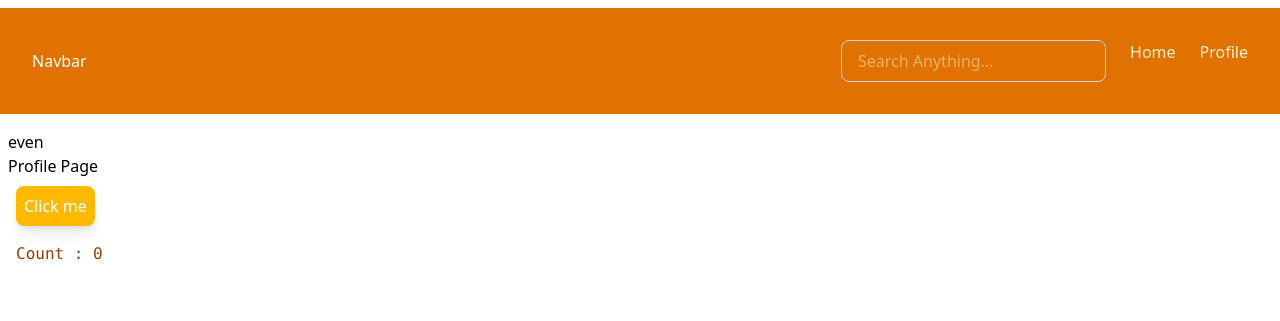
Repository: samit2059/CollegeReact
Page: / (app in react/collegereact/)
The author's editor kept a copy of each file at every save. The page is drawn from the files as they stood at one save, then again after the next save.
The browser window is 1280 px wide. The pictures show the whole page.
The project was rebuilt for these pictures with package versions that can differ from the ones it lists, and the page was loaded fresh each time. Also part of the build but not shown: react/collegereact/vite.config.js, react/collegereact/src/App.jsx, react/collegereact/src/navbar.jsx, react/collegereact/src/Props Example/First.jsx, react/collegereact/src/Props Example/Second.jsx.

Above is the page before, as saved 2026-01-21 11:02:48.

After the next save:
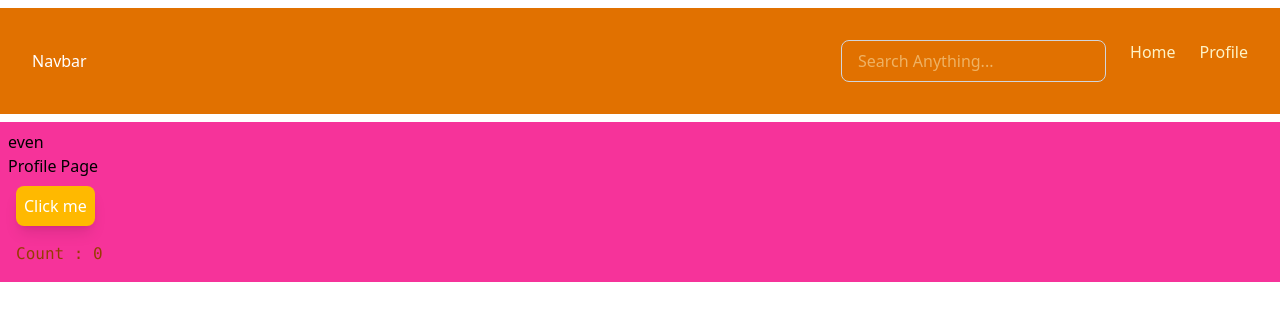
Saved 6 s later.
--- a/react/collegereact/src/StateExamples/profile.jsx
+++ b/react/collegereact/src/StateExamples/profile.jsx
@@ -3,7 +3,7 @@ import { useState } from "react"
 let Profile = () =>{
     const [count, setCount] = useState(0);
     return (
-        <div className="p-2 bg-p">
+        <div className="p-2 bg-pink-500">
             {count%2 == 0 ? <h2>even</h2> : <h2>ODD</h2>}
             <h1>Profile Page</h1>
             <button onClick={() => setCount(count+1)} className="p-2 m-2 bg-amber-400 font-medium rounded-lg shadow-lg text-white">Click me</button>
